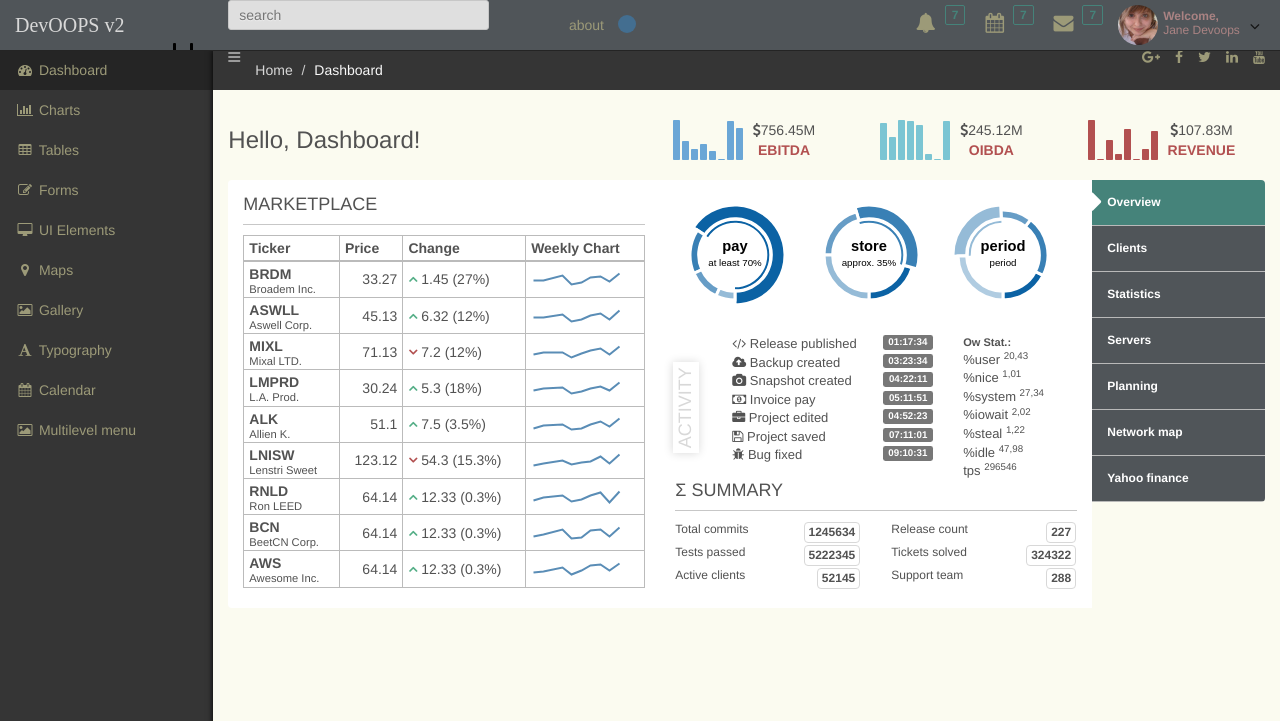
Repository: HackathonNicaragua/sixbyte
Page: http://localhost/RIMB/index.jsp
The author's editor kept a copy of each file at every save. The page is drawn from the files as they stood at one save, then again after the next save.
The browser window is 1280 px wide. The pictures show the whole page.
Some web fonts or font styles are not loaded; a fallback is used. Some web libraries are served in a nearby version. The page is served by Tomcat 9.

Above is the page before, as saved 2017-11-25 21:00:11.

After the next save:
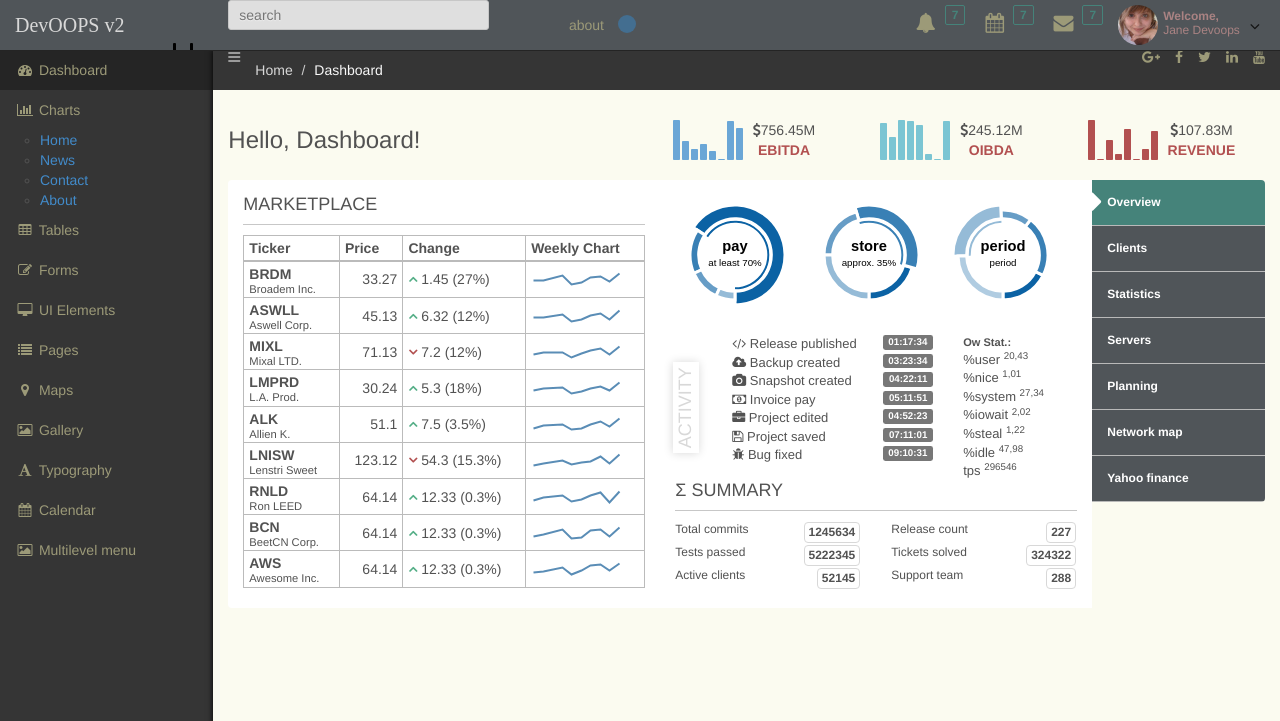
Saved 5 min 14 s later.
--- a/RIMB/WebContent/index.jsp
+++ b/RIMB/WebContent/index.jsp
@@ -169,6 +169,12 @@
 						<li><a class="ajax-link" href="ajax/charts_coindesk.html">CoinDesk realtime</a></li>
 					</ul>
 				</li>
+				<ul>
+  				<li><a href="ajax/tables_simple.html">Home</a></li>
+ 				<li><a href="ajax/tables_simple.html">News</a></li>
+  				<li><a href="ajax/tables_simple.html">Contact</a></li>
+ 				<li><a  href="ajax/tables_simple.html">About</a></li>
+				</ul>
 				<li class="dropdown">
 					<a href="#" class="dropdown-toggle">
 						<i class="fa fa-table"></i>
@@ -204,6 +210,11 @@
 						<li><a class="ajax-link" href="ajax/ui_icons.html">Icons</a></li>
 					</ul>
 				</li>
+				<li class="dropdown">
+					<a href="#" class="dropdown-toggle">
+						<i class="fa fa-list"></i>
+						 <span class="hidden-xs">Pages</span>
+					</a>
 					<ul class="dropdown-menu">
 						<li><a href="ajax/page_login.html">Login</a></li>
 						<li><a href="ajax/page_register.html">Register</a></li>
